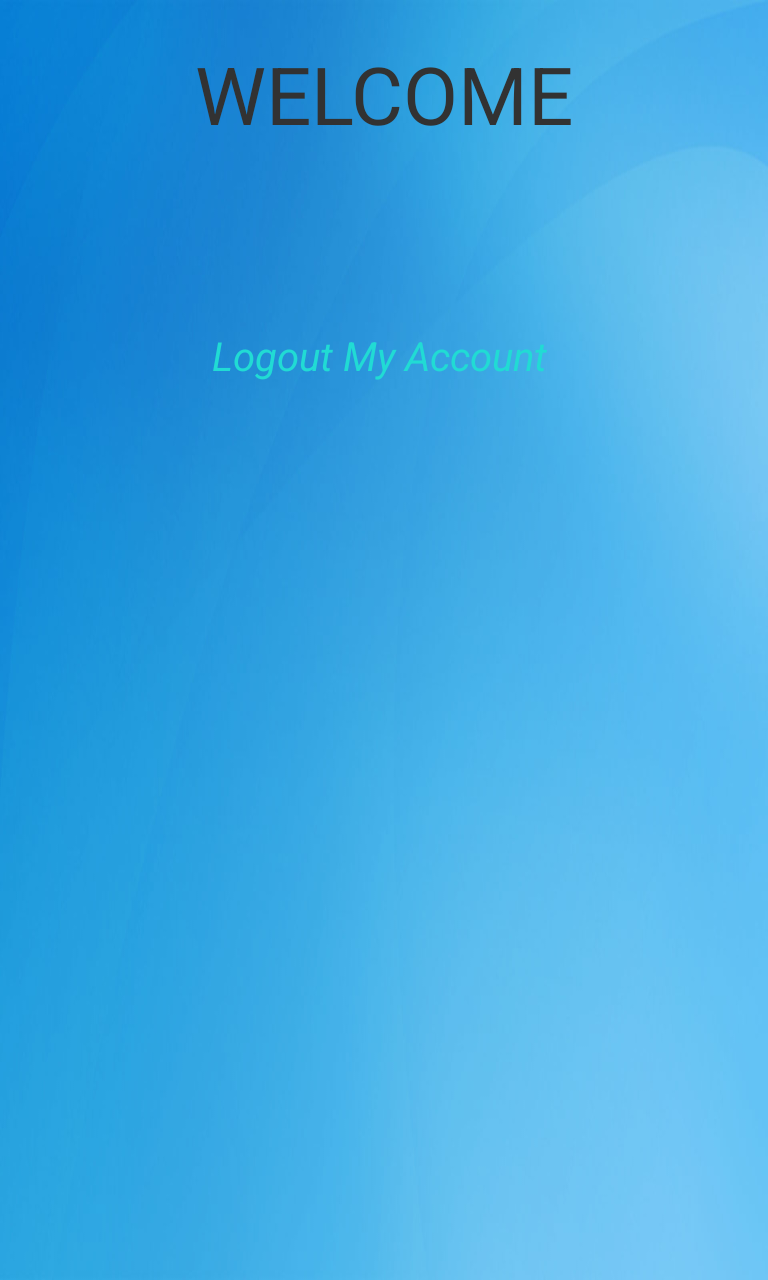
Repository: varunrr/Android-Cloud-Storage-Application
Layout: CloudAltas/res/layout/dashboard.xml
An editor plug-in stored every save of this project. The layout is shown before and after the next save, followed by the edit.
It is drawn on a 768 x 1280 px phone screen (xhdpi) without system bars, with theme AppTheme; the app's code is not run.

Above is the layout before, as saved 2013-04-09 20:31:34.

After the next save:
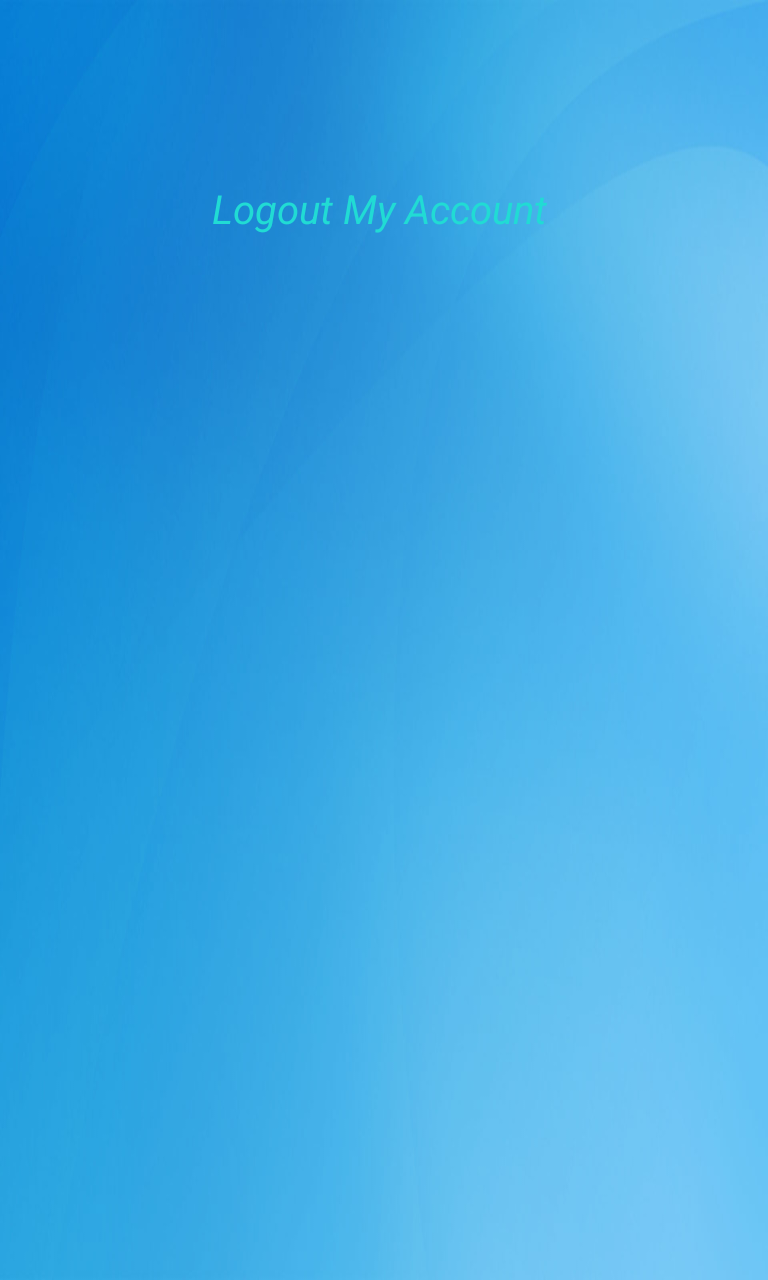
Saved 19 h 44 min later.
--- a/CloudAltas/res/layout/dashboard.xml
+++ b/CloudAltas/res/layout/dashboard.xml
@@ -5,12 +5,7 @@
     android:orientation="vertical"
     android:background="@drawable/original">
 
-    <TextView android:layout_width="fill_parent"
-        	  android:layout_height="wrap_content"
-        	  android:text="WELCOME"
-        	  android:textSize="40dip"
-        	  android:gravity="center"
-        	  android:layout_marginTop="20dip"/>
+
 
     <Button
         android:id="@+id/btnLogout"
